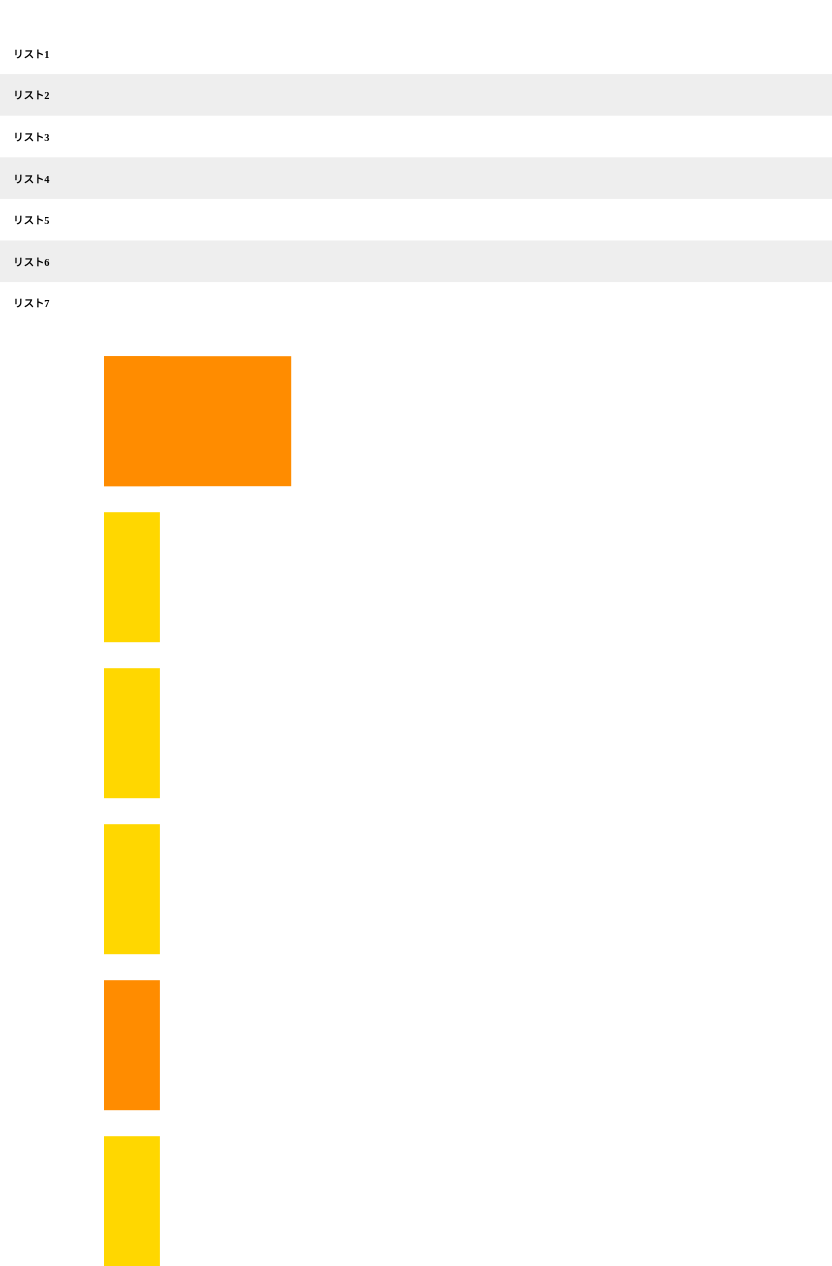
Repository: Tyubyasa/abc
Page: chapter8/chapter8.html
The author's editor kept a record of every edit. The page is drawn from the files as they stood at one moment, then again after the next edit.
The browser window is 1280 px wide. The pictures show the whole page, at 65% of full size.

Above is the page before.

After the next edit:
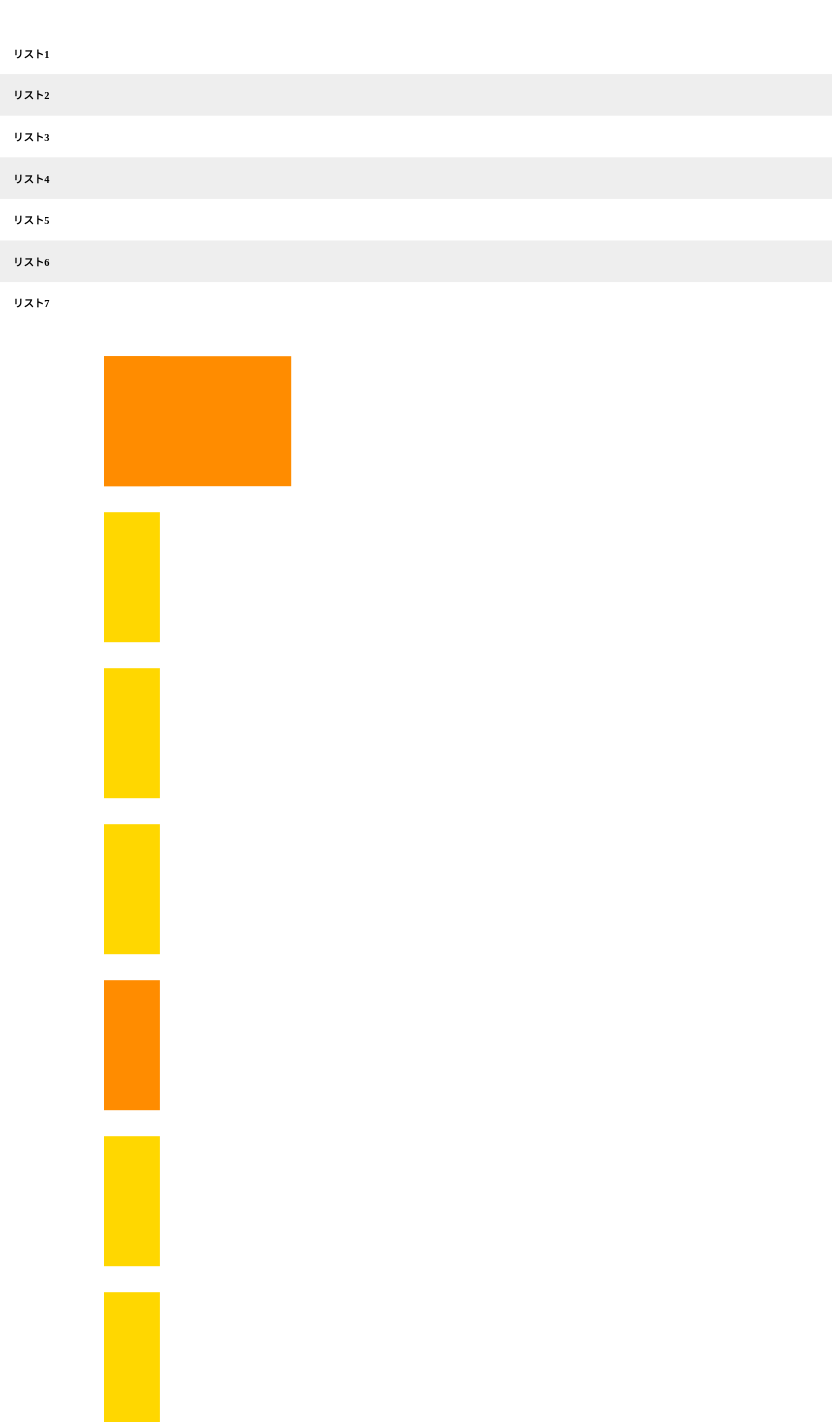
The edit:
--- a/chapter8/chapter8.html
+++ b/chapter8/chapter8.html
@@ -55,7 +55,7 @@
                  </div>
                 <div class="box">
                    </div>
-                  <div class="box7">
+                  <div class="box">
                      </div>
                     <div class="box8">
                        </div>
